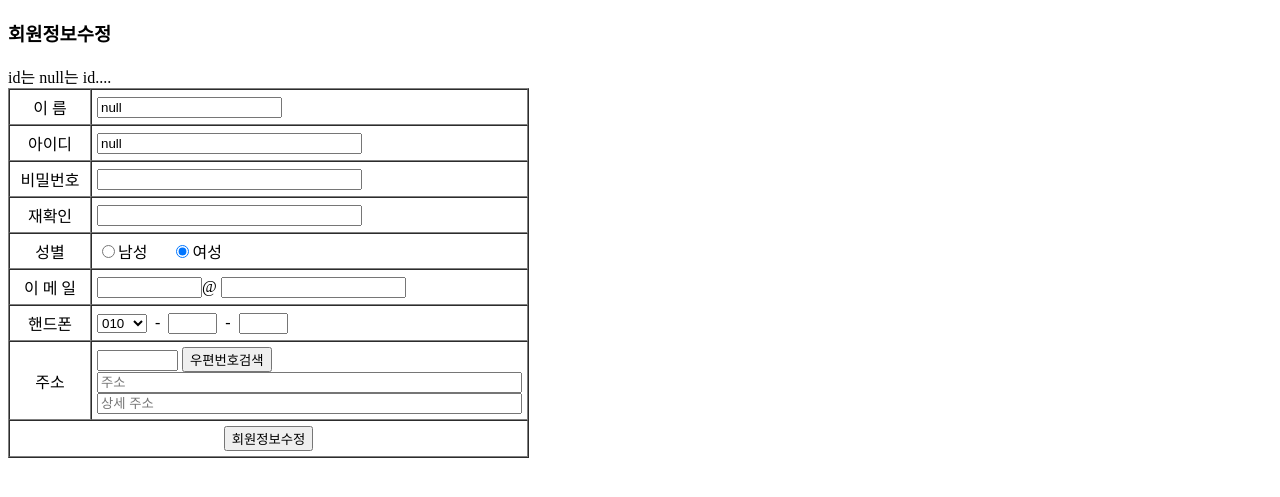
Repository: dahye1013/java-basic-learning
Page: http://localhost/memberJSP/member/modifyForm.jsp
These files come from the project's save history. The page is drawn as it stood at one moment and after the next save; the edit follows.
The browser window is 1280 px wide. The pictures show the whole page.
The page is served by Tomcat 9. Queries for data that is not in the repository find no rows.

Above is the page before, as saved 2020-06-04 09:17:58.

After the next save:
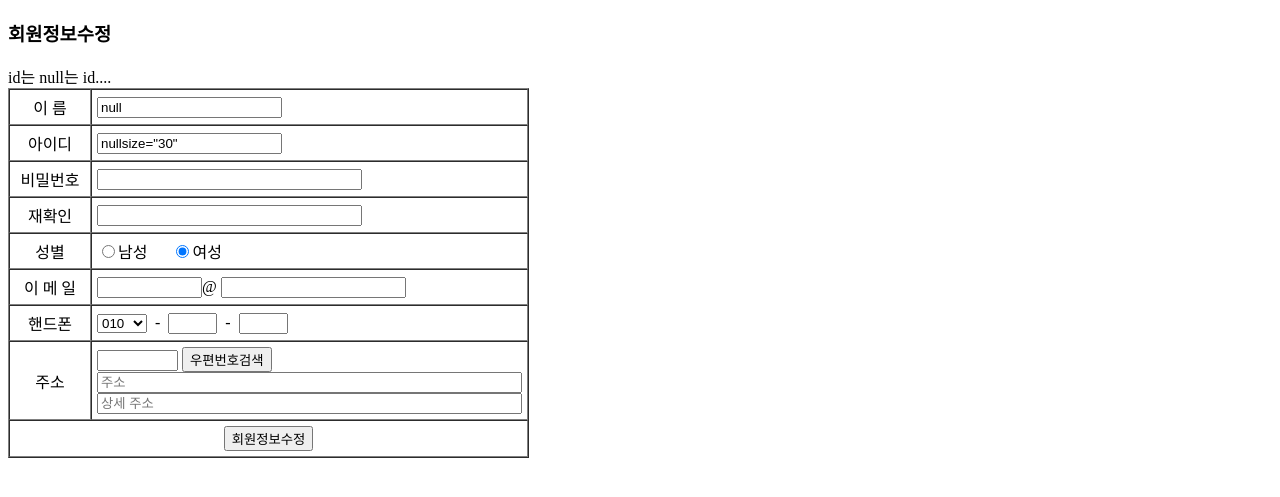
Saved 19 s later.
--- a/memberJSP/WebContent/member/modifyForm.jsp
+++ b/memberJSP/WebContent/member/modifyForm.jsp
@@ -35,7 +35,7 @@
 			<tr>
 				<!--2행-->
 				<td width="70" align="center">아이디</td>
-				<td><input type="text" name="id" value=<%=id %> size="30" onkeyup="inputIdChk()">
+				<td><input type="text" name="id" value=<%=memberDTO.getId() %>size="30" onkeyup="inputIdChk()">
 				</td>
 			</tr>
 			<tr>
